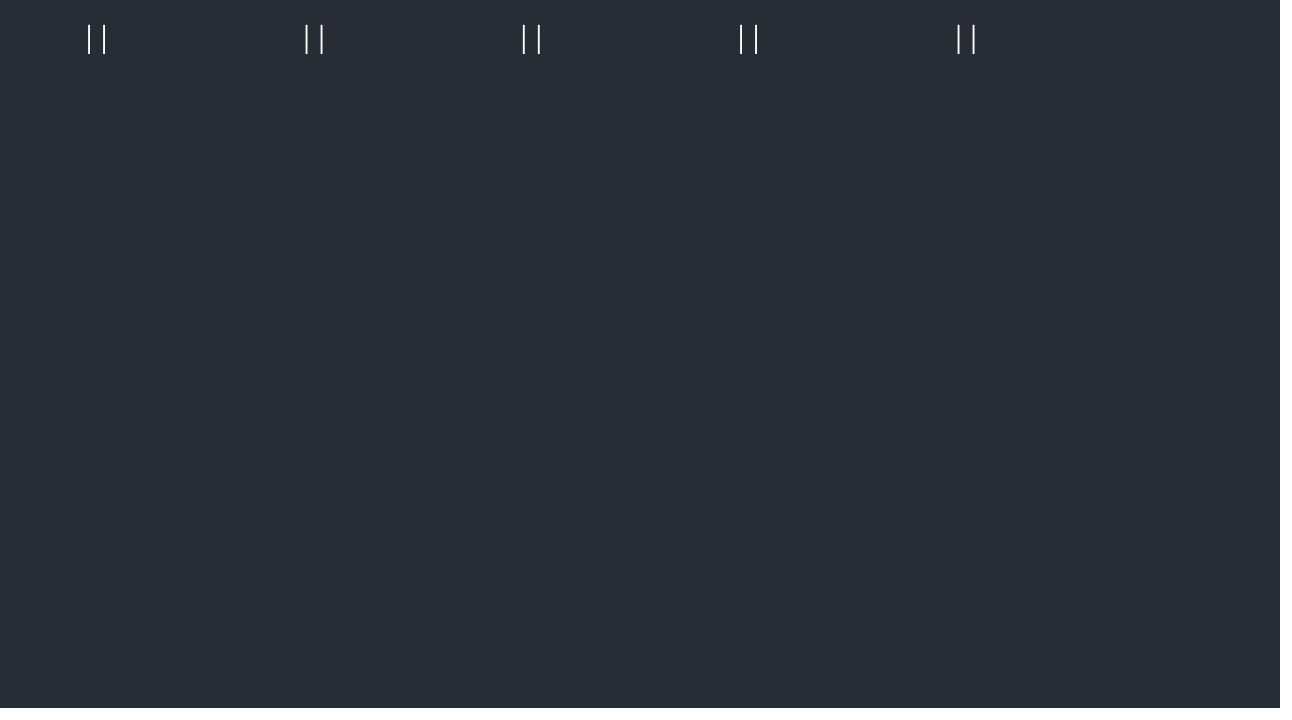
Repository: ghbamorim/megasenaapi
Page: / (app in mega-sena-client/)
The author's editor kept a copy of each file at every save. The page is drawn from the files as they stood at one save, then again after a run of saves.
The browser window is 1280 px wide. The page is 1292 px wide, so the pictures cover 1292 px, including what lies to the right of the window. The pictures show the whole page.
The project was rebuilt for these pictures with package versions that can differ from the ones it lists, and the page was loaded fresh each time.

Above is the page before, as saved 2021-09-11 10:07:23.

After the next 3 saves:
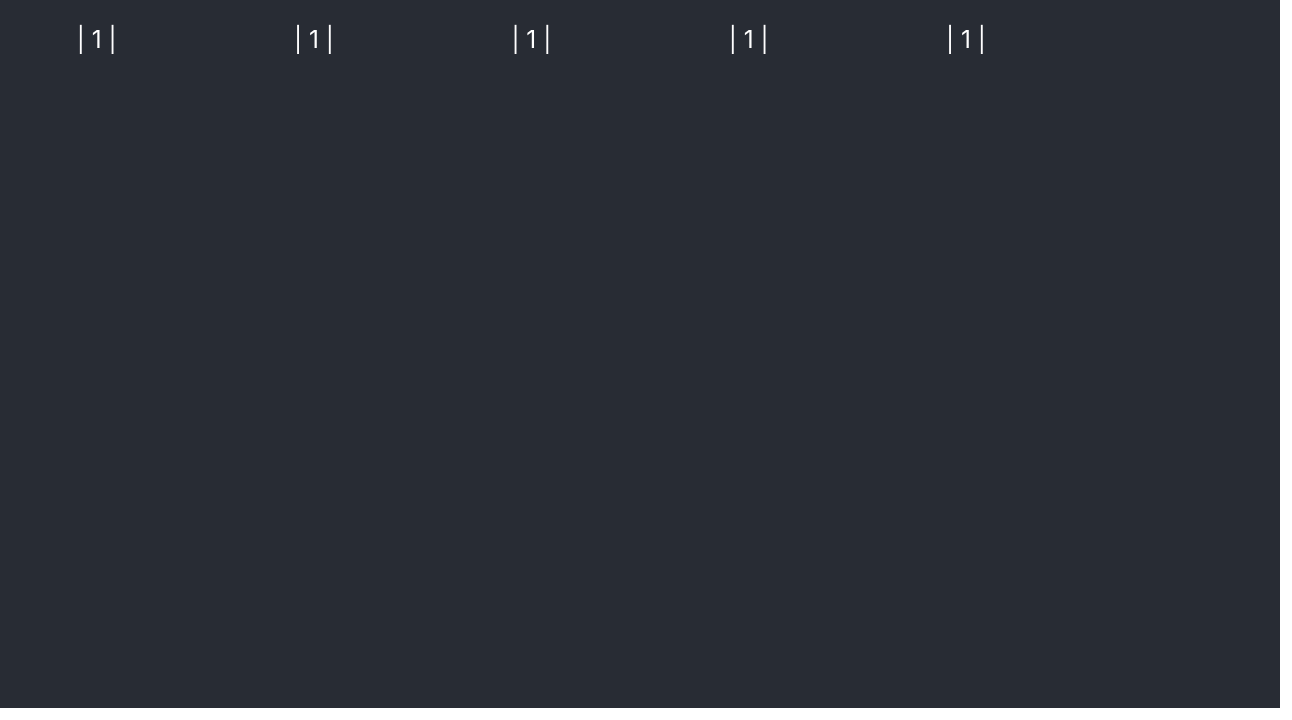
The 3 saves are shown as one change because 2 did not build or start.
The last was saved 5 min 0 s later.
--- a/mega-sena-client/src/App.tsx
+++ b/mega-sena-client/src/App.tsx
@@ -25,19 +25,19 @@ function App() {
         <div className={classes.root}>
           <Grid container spacing={3}>
             <Grid item xs={2}>
-              <Number />
+              <Number number={1} />
             </Grid>
             <Grid item xs={2}>
-              <Number />
+              <Number number={1} />
             </Grid>
             <Grid item xs={2}>
-              <Number />
+              <Number number={1} />
             </Grid>
             <Grid item xs={2}>
-              <Number />
+              <Number number={1} />
             </Grid>
             <Grid item xs={2}>
-              <Number />
+              <Number number={1} />
             </Grid>
           </Grid>
         </div>
